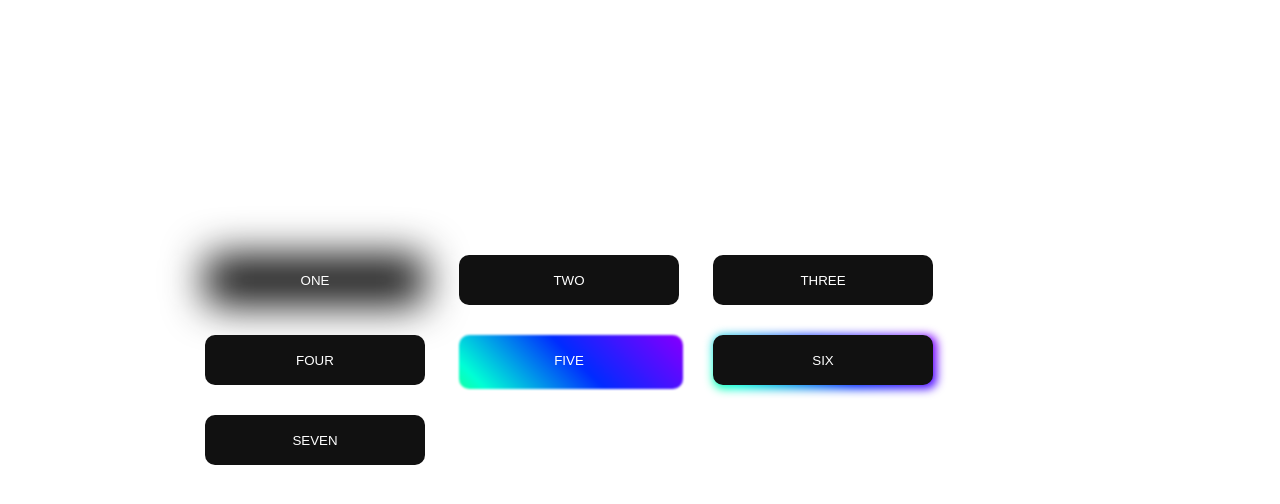
Repository: DanyalNajeeb/dns-button
Page: index.html
These files come from the project's save history. The page is drawn as it stood at one moment and after the next save; the edit follows.
The browser window is 1280 px wide. The pictures show the whole page.

Above is the page before, as saved 2021-01-11 16:04:34.

### index.html
<html lang="en">
<head>
    <meta charset="UTF-8">
    <meta name="viewport" content="width=device-width, initial-scale=1.0">
    <meta http-equiv="X-UA-Compatible" content="ie=edge">
    <link rel="stylesheet" href="css/style.css">
    <link rel="stylesheet" href="css/dns-button.css">
</head>
<body>

  <div class="row container">
        <button class="dns-button blurIt "> ONE</button>
        <button class="dns-button blurItHover"> TWO</button>
        <button class="dns-button zoomInBlur"> THREE</button>
        <button class="dns-button zoomInBack"> FOUR</button>
        <button class="dns-button rainbow"> FIVE</button>
        <button class="dns-button rainbowBorder"> SIX</button>
        <button class="dns-button glowOnHover"> SEVEN</button>


  </div>




    <script src="js/dns-button.js"></script>
</body>
</html>

### css/style.css
.container{
    width: 900px;
    position: absolute;
    top: 50%;
    left: 50%;
    transform: translate(-50%,-50%);


}
button{
    width: 220px;
    height: 50px;
    border: none;
    outline: none;
    color: #fff;
    background: #111;
    cursor: pointer;
    position: relative;
    z-index: 0;
    margin: 15px;

}

### css/dns-button.css

.dns-button{
    background:none;
    border: none;
    outline: none;
}
.dns-button:before{
    content: '';
    background: #111;
    border-radius: 10px;
    width: 100%;
    height: 100%;
    position: absolute;
    z-index: -1;
    top: 0;
    left: 0;
}
.dns-button.blurItHover::before{
    transition: 0.3s;
}
.dns-button.blurItHover:hover:before{

    filter: blur(10px);
}
.dns-button.blurItHover:hover{
    filter: blur(1px);
}

.dns-button.blurIt:before{
    filter: blur(20px);
}
/* .zoomInBack:hover::before{
    background: linear-gradient(to right, white,green,black);

} */
.dns-button.zoomInBlur::before{
    transition: 0.3s;
}
/* .dns-button.zoomInBlur:hover{
    filter: blur(1px);
} */
.dns-button.zoomInBlur:hover::before{
    animation: zoom-in-blur 0.5s;
    filter: blur(20px);
    transform: scaleY(1);
    /* filter: blur(30px); */
}
.dns-button.zoomInBack:hover{
    animation: zoom-in-back 0.5s;

}

.dns-button.rainbow:before{
    background: linear-gradient(45deg, #ff0000, #ff7300, #fffb00, #48ff00, #00ffd5, #002bff, #7a00ff, #ff00c8, #ff0000);
    background-size: 400%;
    z-index: -1;
    filter: blur(1px);
    /* opacity: 0; */
    width: calc(100% + 4px);
    height: calc(100% + 4px);
    animation: glowing 20s linear infinite;
    /* transition: opacity .3s ease-in-out; */
}
.dns-button.rainbow:active {
    color: #000

}
.dns-button.rainbowBorder:before{
    background: linear-gradient(45deg, #ff0000, #ff7300, #fffb00, #48ff00, #00ffd5, #002bff, #7a00ff, #ff00c8, #ff0000);
        background-size: 400%;
        z-index: -1;
        filter: blur(5px);
        /* opacity: 0; */
        width: calc(100% + 4px);
        height: calc(100% + 4px);
        animation: glowing 20s linear infinite;
}
.dns-button.rainbowBorder:after {
    z-index: -1;
    content: '';
    position: absolute;
    width: 100%;
    height: 100%;
    background: #111;
    left: 0;
    top: 0;
    border-radius: 10px;
}
.dns-button.glowOnHover:before {
        background: linear-gradient(45deg, #ff0000, #ff7300, #fffb00, #48ff00, #00ffd5, #002bff, #7a00ff, #ff00c8, #ff0000);
        background-size: 400%;
        z-index: -1;
        filter: blur(5px);
        opacity: 0;
        width: calc(100% + 4px);
        height: calc(100% + 4px);
        animation: glowing 20s linear infinite;
        transition: opacity .3s ease-in-out;
}
.dns-button.glowOnHover:active {
    color: #000
}
.dns-button.glowOnHover:active:after {
    background: transparent;
}
.dns-button.glowOnHover:hover:before {
    opacity: 1;
}
.dns-button.glowOnHover:after {
    z-index: -1;
    content: '';
    position: absolute;
    width: 100%;
    height: 100%;
    background: #111;
    left: 0;
    top: 0;
    border-radius: 10px;
}
@keyframes glowing {
    0% { background-position: 0 0; }
    50% { background-position: 400% 0; }
    100% { background-position: 0 0; }
}
@keyframes zoom-in-blur{
    0%{
        transform: scaleY(1);

    }
     60%{
        transform: scaleY(1.5);
    }
    80%{
        transform: scaleY(0.9);
        filter: blur(20px);
    }
     100%{
        transform: scaleY(1);
        filter: blur(20px);
     }
}
@keyframes zoom-in-back{
    0%{
        transform: scale(1);
    }
     60%{
        transform: scale(1.5);
    }
    80%{
        transform: scale(0.9);
    }
     100%{
        transform: scale(1);
    }
}

Loaded but not shown: js/dns-button.js (no stored copy; drawn as an empty file)

After the next save:
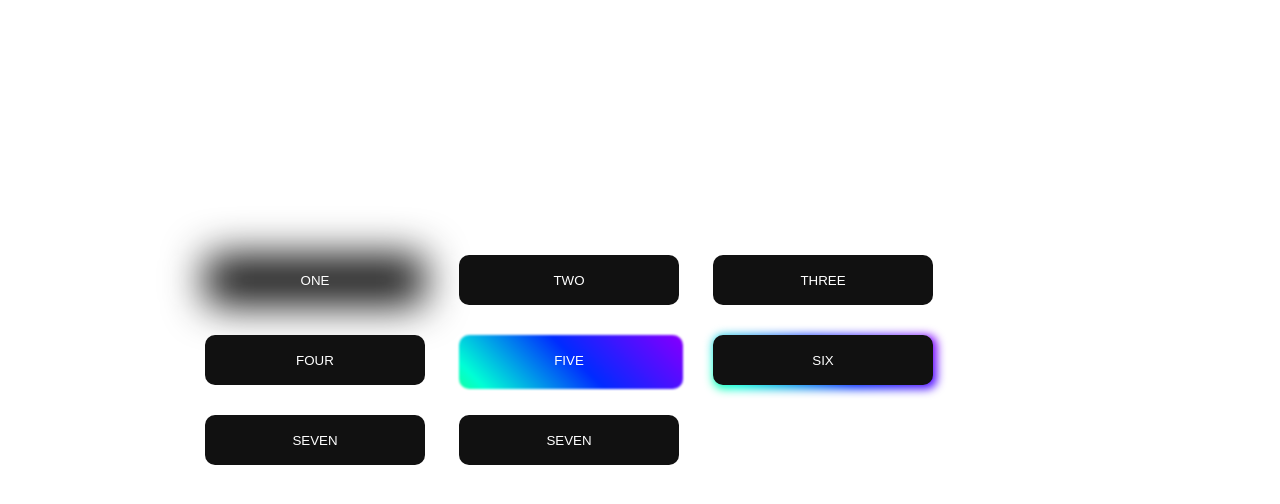
Saved 3 min 6 s later.
--- a/index.html
+++ b/index.html
@@ -16,6 +16,8 @@
         <button class="dns-button rainbow"> FIVE</button>
         <button class="dns-button rainbowBorder"> SIX</button>
         <button class="dns-button glowOnHover"> SEVEN</button>
+        <button class="dns-button glowOnHover"> SEVEN</button>
+
 
 
   </div>
